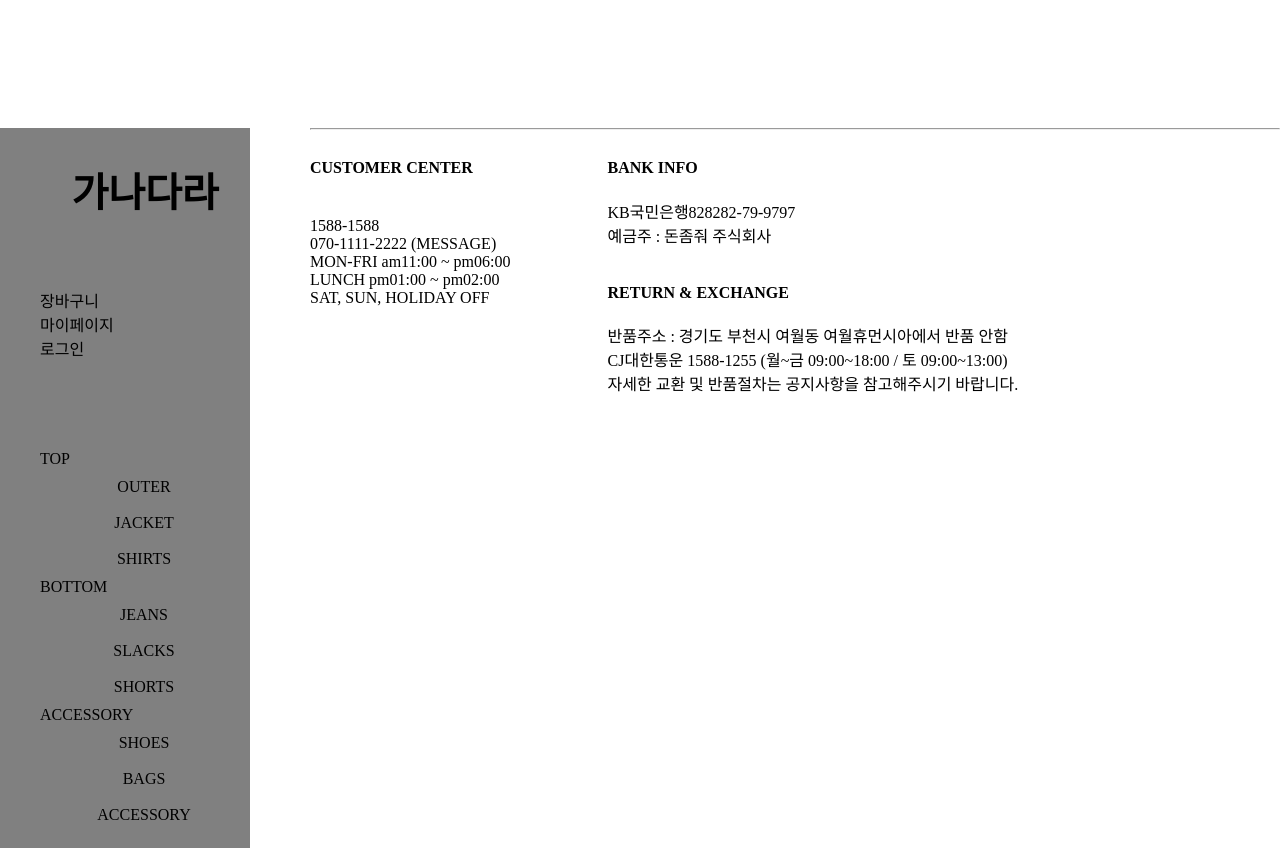
Repository: wonhong1103/springstudy
Page: http://localhost/Webpage/WEB-INF/views/header.jsp
These files come from the project's save history. The page is drawn as it stood at one moment and after the next save; the edit follows.
The browser window is 1280 px wide. The pictures show the whole page.
The page is served by Tomcat 9. Nobody is signed in. Other server files are loaded and not shown. The template is opened directly, without the code that normally fills it, so the values that code supplies are empty.

Above is the page before, as saved 2020-10-16 06:14:23.

### Webpage/src/main/webapp/WEB-INF/views/header.jsp
<%@ page language="java" contentType="text/html; charset=UTF-8"
    pageEncoding="UTF-8"%>
<!DOCTYPE html>
<html>
<head>
<meta charset="UTF-8">
<title>Frame</title>
<!-- 전체 css -->
<style type="text/css">
	li{list-style: none;}
	body, html {
	height:100%; margin:0px; padding:0px;
	font-family: 'Times New Roman', serif;
}
	a { text-decoration: none ; color: black;}
</style>
<!-- 왼 사이드바 -->
<style type="text/css">
	#s_sidebar {float:left; background-color: gray; position: fixed; width: 250px; height:100%;}
	#s_sidebar ul ul {margin:2px; padding:2px; position:relative; text-align:center;}
	#s_sidebar ul li li {width:200px; height: 30px; line-height: 30px;}
	#s_sidebar ul ul li:hover {background: darkgray;}
	#s_sidebar ul ul li:hover ul{display:block;}
	#s_sidebar ul ul li a {width:200px; height: 30px; line-height: 30px}
	#s_sidebar ul ul ul {display: none; position:absolute; left:205px; top:0px; background-color: gray}
</style>
</head>
<body>
<!-- 왼쪽메뉴바 -->
	<nav id ="sidebar">

		<div id = "s_sidebar" >
		<ul>
		<div id="title" >
		<h1 style="Font-size:40px; text-align: center; "><a href="home.do">가나다라</a></h1>
		<br><br>
			<div id="main_gnb">
				<li class="m_bar"><a href="cart.do">장바구니</a></li>
				<li class="m_bar"><a href="#">마이페이지</a></li>
				<li class="m_bar"><a href="login.do">로그인</a></li>
			</div>
			<br><br><br><br><br>
		</div>
			<li>TOP
				<ul>
					<li>OUTER
						<ul>
							<li><a href="">s menu1</a></li>
							<li><a href="">s menu2</a></li>
							<li><a href="">s menu3</a></li>
						</ul>
					</li>
				</ul>
				<ul>
					<li>JACKET
						<ul>
							<li><a href="#">s menu1</a></li>
							<li><a href="#">s menu2</a></li>
							<li><a href="#">s menu3</a></li>
						</ul>
					</li>
				</ul>
				<ul>
					<li>SHIRTS
						<ul>
							<li><a href="">s menu1</a></li>
							<li><a href="">s menu2</a></li>
							<li><a href="">s menu3</a></li>
						</ul>
					</li>
				</ul>
			</li>

			<li>BOTTOM
				<ul>
					<li>JEANS
						<ul>
							<li><a href="">s menu1</a></li>
							<li><a href="">s menu2</a></li>
							<li><a href="">s menu3</a></li>
						</ul>
					</li>
				</ul>
				<ul>
					<li>SLACKS
						<ul>
							<li><a href="">s menu1</a></li>
							<li><a href="">s menu2</a></li>
							<li><a href="">s menu3</a></li>
						</ul>
					</li>
				</ul>
				<ul>
					<li>SHORTS
						<ul>
							<li><a href="">s menu1</a></li>
							<li><a href="">s menu2</a></li>
							<li><a href="">s menu3</a></li>
						</ul>
					</li>
				</ul>
			</li>

			<li>ACCESSORY
				<ul>
					<li>SHOES
						<ul>
							<li><a href="">s menu1</a></li>
							<li><a href="">s menu2</a></li>
							<li><a href="">s menu3</a></li>
						</ul>
					</li>
				</ul>
				<ul>
					<li>BAGS
						<ul>
							<li><a href="">s menu1</a></li>
							<li><a href="">s menu2</a></li>
							<li><a href="">s menu3</a></li>
						</ul>
					</li>
				</ul>
				<ul>
					<li>ACCESSORY
						<ul>
							<li><a href="">ring</a></li>
							<li><a href="">necklace</a></li>
							<li><a href="">watch</a></li>
						</ul>
					</li>
				</ul>
			</li>
			<br><br><br><br><br>
			<div class= "other">
				<li><a href="#">QnA</a></li>
				<li><a href="#">공지사항</a></li>
				<li><a href="#">후기</a></li>
			</div>

			<form>
			<fieldset style="width:150px;">
			<legend>검색</legend>
			<input id="keyword" name="keyword" fw-filter="" fw-label="검색어" fw-msg="" class="inputTypeText" placeholder="" onmousedown="SEARCH_BANNER.clickSearchForm(this)" value="" type="text">

			<div class="searchbtn" onclick="SEARCH_BANNER.submitSearchBanner(this); return false;"><i class="xi-search" aria-hidden="true"></i></div>

			</fieldset>
			</form>
		</ul>
		</div>
	</nav>



	<!-- 하단 -->
	<footer style="margin-left: 310px; margin-right: auto; margin-top:10%">
	<hr>
	<div style="display:block; float:left; margin-right:10%;">
	<p>
	<h4>CUSTOMER CENTER</h4><br>
	1588-1588<br>
	070-1111-2222 (MESSAGE)<br>
	MON-FRI am11:00 ~ pm06:00<br>
	LUNCH pm01:00 ~ pm02:00<br>
	SAT, SUN, HOLIDAY OFF<br>
	</p>
	</div>

	<div style="display:block; float:left; margin-right:10%;">
	<p>
	<h4>BANK INFO</h4>
	KB국민은행828282-79-9797 <br>
	예금주 : 돈좀줘 주식회사<br>
	</p>
	</div>
	<div style="display:block; float:left; margin-right:10%;">
	<p>
	<h4>RETURN & EXCHANGE</h4>
	반품주소 : 경기도 부천시 여월동 여월휴먼시아에서 반품 안함<br>
	CJ대한통운 1588-1255 (월~금 09:00~18:00 / 토 09:00~13:00)<br>
	자세한 교환 및 반품절차는 공지사항을 참고해주시기 바랍니다.<br>
	</p>
	</div>
	</footer>
</body>
</html>

After the next save:
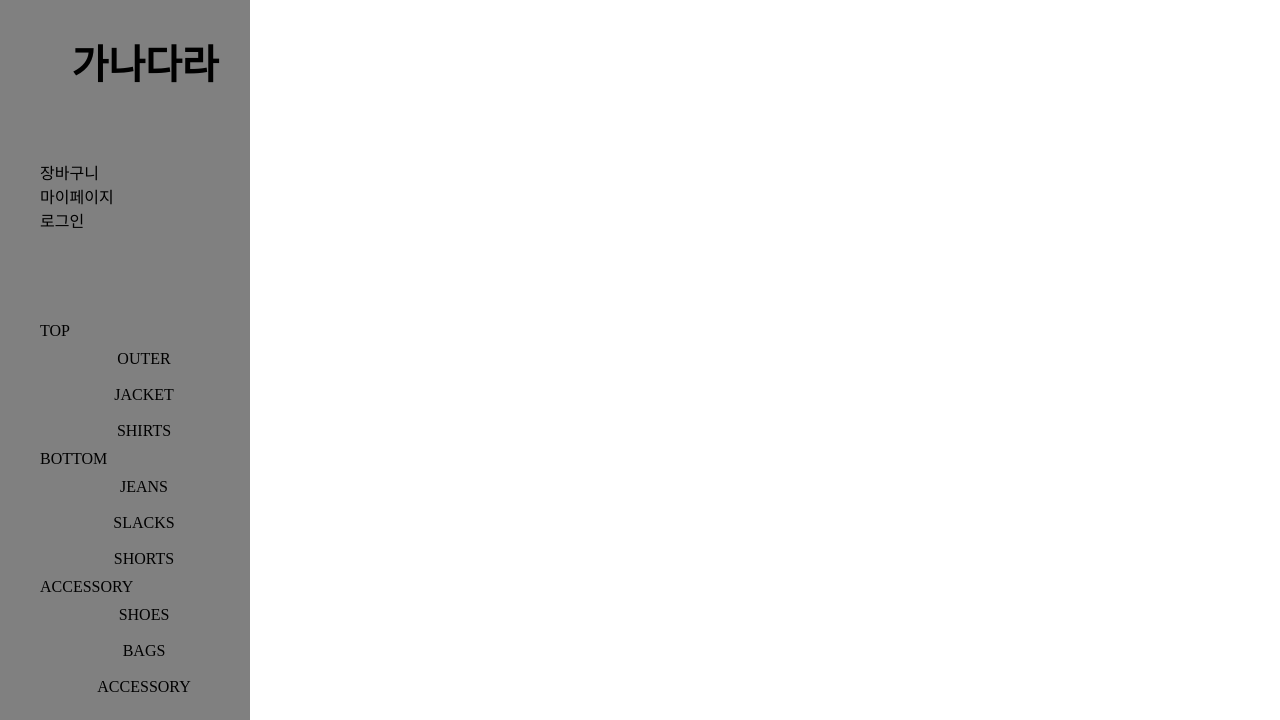
Saved 49 s later.
--- a/Webpage/src/main/webapp/WEB-INF/views/header.jsp
+++ b/Webpage/src/main/webapp/WEB-INF/views/header.jsp
@@ -152,35 +152,6 @@
 
 
 
-	<!-- 하단 -->
-	<footer style="margin-left: 310px; margin-right: auto; margin-top:10%">
-	<hr>
-	<div style="display:block; float:left; margin-right:10%;">
-	<p>
-	<h4>CUSTOMER CENTER</h4><br>
-	1588-1588<br>
-	070-1111-2222 (MESSAGE)<br>
-	MON-FRI am11:00 ~ pm06:00<br>
-	LUNCH pm01:00 ~ pm02:00<br>
-	SAT, SUN, HOLIDAY OFF<br>
-	</p>
-	</div>
 
-	<div style="display:block; float:left; margin-right:10%;">
-	<p>
-	<h4>BANK INFO</h4>
-	KB국민은행828282-79-9797 <br>
-	예금주 : 돈좀줘 주식회사<br>
-	</p>
-	</div>
-	<div style="display:block; float:left; margin-right:10%;">
-	<p>
-	<h4>RETURN & EXCHANGE</h4>
-	반품주소 : 경기도 부천시 여월동 여월휴먼시아에서 반품 안함<br>
-	CJ대한통운 1588-1255 (월~금 09:00~18:00 / 토 09:00~13:00)<br>
-	자세한 교환 및 반품절차는 공지사항을 참고해주시기 바랍니다.<br>
-	</p>
-	</div>
-	</footer>
 </body>
 </html>
